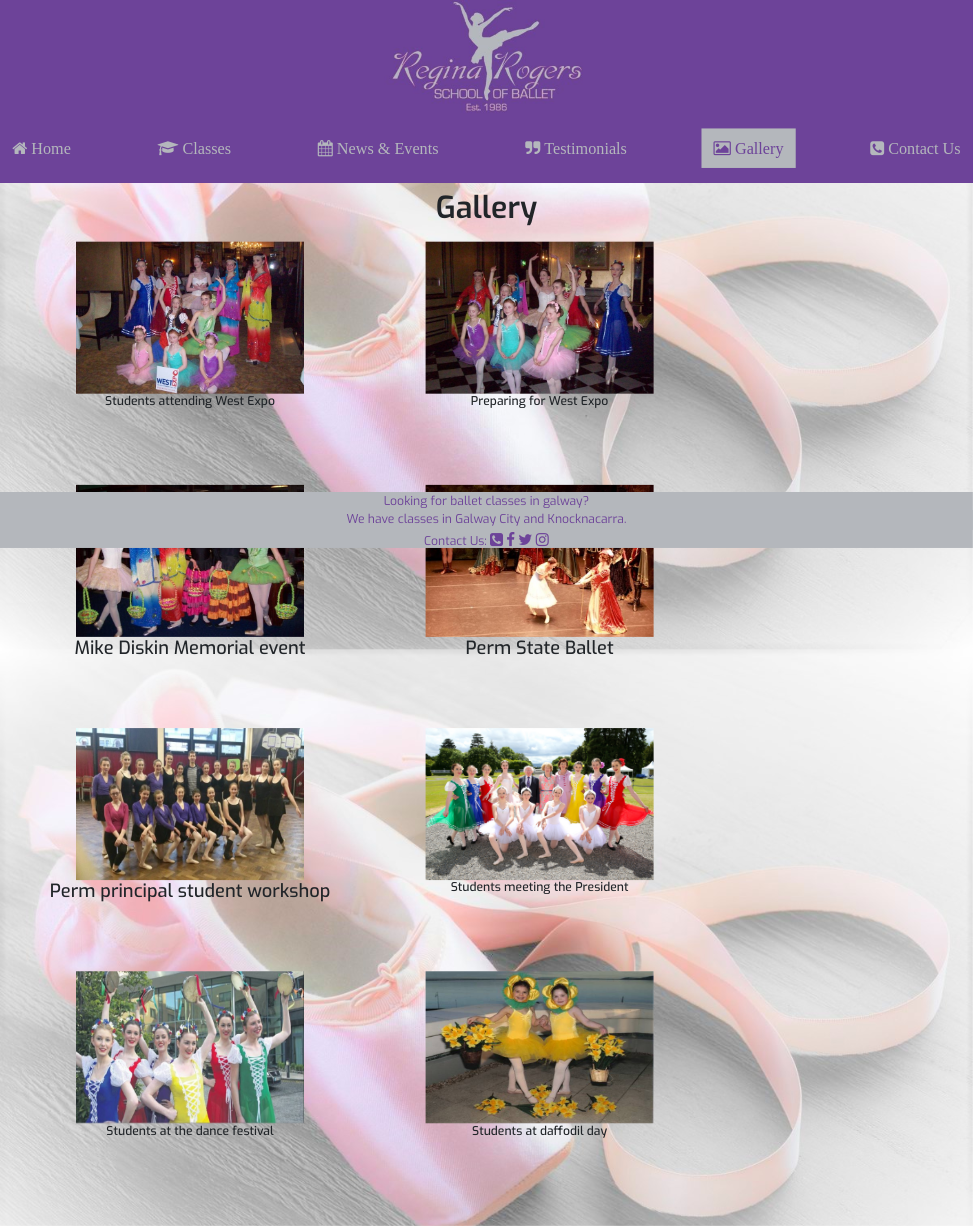
Repository: davidtmiller2010/galwayballet
Page: Gallery.html
The author's editor kept a record of every edit. The page is drawn from the files as they stood at one moment, then again after the next edit.
The browser window is 1280 px wide. The pictures show the whole page, at 76% of full size.

Above is the page before.

### Gallery.html
<!DOCTYPE html>
<html lang="en">

<head>
    <meta charset="UTF-8">
    <meta name="viewport" content="width=device-width, initial-scale=1.0">
    <meta http-equiv="X-UA-Compatible" content="ie=edge">
    <link rel="stylesheet" href="https://stackpath.bootstrapcdn.com/bootstrap/4.3.1/css/bootstrap.min.css" type="text/css" />
    <link rel="stylesheet" href="https://stackpath.bootstrapcdn.com/font-awesome/4.7.0/css/font-awesome.min.css" type="text/css" />
    <link rel="stylesheet" href="assets/CSS/style1.css" type="text/css" />
    <link href="https://fonts.googleapis.com/css?family=Exo|Roboto" rel="stylesheet">
    <link href="https://fonts.googleapis.com/css?family=Dancing+Script" rel="stylesheet">
    <title>Regina Rogers</title>
</head>

<body>
    <header>
        <div class="logo">
            <li><i class="bars fa fa-bars"> MENU </i></li>
        </div>
        <div>
            <ul class="navbar">
                <li><a href="index.html"><i class="fa fa-home fa-lg"> Home</i></a></li>
                <li><a href="Classes.html"><i class="fa fa-graduation-cap fa-lg"> Classes</i></a></li>
                <li><a href="News.html"><i class="fa fa-calendar fa-lg"> News & Events</i></a></li>
                <li><a href="Testimonial.html"><i class="fa fa-quote-right fa-lg"> Testimonials</i></a></li>
                <li><a href="Gallery.html" class="active "><i class="fa fa-image fa-lg"> Gallery</i></a></li>
                <li><a href="Contact.html"><i class="fa fa-phone-square fa-lg"> Contact Us</i></a></li>
            </ul>
        </div>
    </header>
    <section class="container-fluid1">
        <h2 class=heading>Gallery</h2>
        <div class="row galleryheight">
            <div class=" gallery text-center">
                <img src="assets/images/westexpo.jpg" alt="West Expo" width=300 height=200>
                <h6>Students attending West Expo</h6>
            </div>
            <div class=" gallery text-center">
                <img src="assets/images/WestExpo2.jpg" alt="West Expo2" width=300 height=200>
                <h6>Preparing for West Expo</h6>
            </div>
            <div class=" gallery text-center">
                <img src="assets/images/Mikediskin.jpg" alt="Mikediskin" width=300 height=200>
                <h4>Mike Diskin Memorial event</h6>
            </div>
            <div class=" gallery text-center">
                <img src="assets/images/permstudentspic.jpg" alt="perm students pic" width=300 height=200>
                <h4>Perm State Ballet</h6>
            </div>
            <div class="gallery text-center">
                <img src="assets/images/vitaliystudents.jpg" alt="vitaliy students" width=300 height=200>
                <h4>Perm principal student workshop</h6>
            </div>
            <div class="gallery text-center">
                <img src="assets/images/ARAS.jpg" alt="ARAS" width=300 height=200>
                <h6>Students meeting the President</h6>
            </div>
            <div class="gallery text-center">
                <img src="assets/images/dance-festival.jpg" alt="dance-festival" width=300 height=200>
                <h6>Students at the dance festival</h6>
            </div>
            <div class="gallery text-center">
                <img src="assets/images/daffodilevent.jpg" alt="daffodil event" width=300 height=200>
                <h6>Students at daffodil day</h6>
            </div>
        </div>
    </section>
    <footer>
        <div class="footermessage">
            <h7 class="uppercase general">Looking for ballet classes in galway?</h7><br/>
            <p class="inline-block footermessage">
                We have classes in Galway City and Knocknacarra.
                <br> Contact Us:
                <a href="Contact.html" target="_blank">
                     <i class="fa fa-phone-square infobutton" aria-hidden="true"></i>
                    </a>
                <a target="_blank" href="https://www.facebook.com/Regina-Rogers-School-of-Ballet-568812096482190/">
                            <i class="fa fa-facebook infobutton " aria-hidden="true"></i>
                            <span class="sr-only">Facebook</span>
                        </a>
                <a target="_blank" href="https://twitter.com/Twitter">
                            <i class="fa fa-twitter infobutton " aria-hidden="true"></i>
                            <span class="sr-only">Twitter</span>
                        </a>
                <a target="_blank" href="https://www.instagram.com/instagram/">
                            <i class="fa fa-instagram infobutton " aria-hidden="true"></i>
                            <span class="sr-only">Instagram</span>
                        </a>
            </p>
        </div>
    </footer>
    <script src="app.js"></script>
    <script src="https://code.jquery.com/jquery-3.3.1.slim.min.js" integrity="sha384-q8i/X+965DzO0rT7abK41JStQIAqVgRVzpbzo5smXKp4YfRvH+8abtTE1Pi6jizo" crossorigin="anonymous"></script>
    <script src="https://cdnjs.cloudflare.com/ajax/libs/popper.js/1.14.7/umd/popper.min.js" integrity="sha384-UO2eT0CpHqdSJQ6hJty5KVphtPhzWj9WO1clHTMGa3JDZwrnQq4sF86dIHNDz0W1" crossorigin="anonymous"></script>
    <script src="https://stackpath.bootstrapcdn.com/bootstrap/4.3.1/js/bootstrap.min.js" integrity="sha384-JjSmVgyd0p3pXB1rRibZUAYoIIy6OrQ6VrjIEaFf/nJGzIxFDsf4x0xIM+B07jRM" crossorigin="anonymous"></script>

</body>

### assets/CSS/style1.css
@import url('https://fonts.googleapis.com/css?family=Exo:100,200,300,400,500,600,700|Roboto:100,200,300,400,500,600,700');

/*----------colors---------*/

.bg-color-details {
    background: none;
    color: #6D4399;
}

.formbg {
    background: none;
}


.bg-color-contact {
    color: #6D4399;
    background: none;
}

.bars {
    background-color: #6D4399;
    color: #B4B7BC;
    margin-left: 10px;
    margin-top: 10px;
    padding: 0;
    top: 0;
    display: block;
    cursor: pointer;
    z-index: 1;
    position: fixed
}

/*----------Header---------*/

header {
    margin-bottom: 0;
}

/*.navbar {
    overflow: hidden;
    background-color: #6D4399;
    position: fixed;
    top: 0;
    width: 100%;
    height: 90px;
    padding: 0;
    float: right;
}*/

.icons {
    display: none;
}

ul {
    list-style-type: none;
    margin-bottom: 0;
    margin-top: 0;
    padding: 0;
    background-color: #6D4399;

}

li {
    float: left;
    list-style: none;
}

li a {
    display: block;
    color: #B4B7BC;
    text-align: center;
    padding: 14px 16px;
    text-decoration: none;
}

li a:hover:not(.active) {
    background-color: #B4B7BC;
}

li a:hover {
    color: white;
    background-color: #6D4399;
}

.active {
    background-color: #B4B7BC;
    color: #6D4399;
}


/*----------body---------*/

body {
    top: 20px;
    background-image: url("../images/balletshoes.jpg");
    background-size: 100%;
    font-family: "Exo", sans-serif;
}

.logo {
    background: #6D4399;
    background-image: url("../images/reginalogo3.jpg");
    background-position: center;
    background-repeat: no-repeat;
    background-size: contain;
    top: 0;
    width: 100%;
    position: fixed;
    height: 150px;
    padding: 0;
    margin: 0;
    z-index: 0;
}


.row {
    margin-left: 5px;
    margin-right: 5px;

}

.layout {
    z-index: -1;
}

.paragraph {
    margin: 10px 0;
    text-align: justify;
    text-justify: inter-word;
    font-family: "Exo", Times, serif;
    font-size: 10px;
    font-weight: 500;
    z-index: -1;
}

.galleryheight {
    margin: 10px 60px 10px 20px;
}

/*----------Footer---------*/

footer {
    background: #6D4399;
    color: #6D4399;
    padding-bottom: 10px;
    margin: 0;
    text-align: center;
    height: 50px;
    position:fixed;
    width:100%;
    bottom:23px;
}

.footermessage {
    background-color: #B4B7BC;
    margin: 0;
    height: 50px;
    padding: 0px;
}

.infobutton {
    background-color: #B4B7BC;
    font-size: 20px;
    color: #6D4399;
    margin: 0;
    margin-top: 5px;
    padding: 0;
    transition: all 0.5s ease-in-out;
    -moz-transition: all 0.5s ease-in-out;
    -webkit-transition: all 0.5s ease-in-out;
    -o-transition: all 0.5s ease-in-out;
}

.infobutton:hover {
    color: white;
}

/*----------Tables---------*/

table th {
    background: #6D4399;
    color: white;
    border: solid;
    border-color: #6D4399;
    text-align: center;
}

table td {
    border: solid;
    color: black;
    border-color: #6D4399;
}

#formstyle {
    width: 50%;
    display: inline-block;
    text-align: center;
    margin-left: 25%;
    margin-right: 25%;
}

.form-row {
    margin-top: 5px;
}

/*----------General---------*/

.headers {
    font-weight: 800;
    font-family: "Exo", sans-serif;
    text-align: center;
    text-decoration: underline;
}

.heading {
    font-weight: 600;
    font-family: "Exo", sans-serif;
    text-align: center;
    margin-top: 10px;
    font-size: 40px;

}

.headerstyle {
    font-weight: 700;
    font-family: "Exo", sans-serif;
    text-align: center;
    margin-bottom: 15px;
}

.testhead {
    font-weight: 600;
    font-family: "Exo", sans-serif;
    text-align: center;
    margin-top: 20px;
    font-size: 30px;
    text-decoration: underline;
}

.container-fluid {
    padding: 0;
    margin: 250px 5px 100px 5px;
    width: 100%;
}

.container-fluid1 {
    padding: 0;
    margin-top: 250px;
    margin-bottom: 25px;
    height: 100%;
    width: 100%;
}

.contact-heading {
    margin: 25px 0;
}

.gallery {
    width: 100%;
    text-align: center;
}

.news {
    z-index: -1;
    font-weight: 600;
    text-align: center;
    margin: 10px 0 20px 0px;
}

.newsheader {
    margin-top: 10px;
    text-align: center;
    text-decoration: underline;
    font-weight: bold;
    color: #696969;
}

.bordernews {
    border-style: solid;
    border-width: 1px;
    font-weight: 600;
}

/*----------Testimonials---------*/

.testimonials {
    padding: 0;
    margin: 5px;
    width: 100%;
    text-align: justify;
    z-index: -1;
    font-weight: 600;
    font-family: "Exo", sans-serif;
}

.image {
    width: 200px;
    height: 200px;
    margin: 5px 80px;
}

/*----------Media Queries---------*/

@media screen and (max-width: 767px)
/* Mobile */

    {

    ul {
        font-size: 8px;
    }

    nav ul a {
        margin-right: 60%;
        display: inline-block;
    }

    .fontsize {
        font-size: 10px;
        margin-bottom: 25px;
        text-align: justify;
        margin-right: 10px;
    }

    .footermessage {
        font-size:15px;
    }

    .center {
        width: 50%;
        display: block;
        margin-left: auto;
        margin-right: auto;
        height: 50%;
    }

    .table {
        border: solid;
        width: 90%;
        height: 100%;
        color: black;
        border-color: #6D4399;
        margin-left: 10%;
        margin-right: 10%;
        background-color: #B4B7BC;
        overflow: auto;
        font-size: 10px;
    }

    .responsive {
        overflow: auto;
        height: 100%;
        width: 340px;
        margin: 0;

    }

    .picdimensions {
        width: 200px;
        height: 150px;
    }

    .parastyle {
        font-size: 15px;
    }

    .navbar {
        display: flex;
        flex-direction: column;
        align-items: center;
        background-color: #6D4399;
        position: fixed;
        top: 25px;
        width: 35%;
        height: 300px;
        padding: 0;
        float: right;
        transform: translateX(-100%);
        transition: transform 1s ease-in-out;
    }

    .navbar-active {
        transform: translateX(0);
    }

    #formstyle {
        width: 80%;
        display: inline-block;
        text-align: center;
        margin-left: 10%;
        margin-right: 10%;
    }

    .textsize {
        font-size: 15px;
    }


}

@media screen and (min-width: 768px) and (max-width: 991px)
/* Tablet */

    {

    ul {
        font-size: 10px;
    }

    .bars {
        display: none;
    }

    nav ul a {
        margin-right: 25%;
        display: inline-block;
    }

    .gallery {

        width: 49%;
        text-align: center;
    }

    .testimonials {
        padding: 0;
        margin: 1px;
        /*width: 100%;*/
        text-align: justify;
        z-index: -1;
        font-weight: 600;
        font-family: "Exo", sans-serif;
    }

    .image {
        width: 400px;
        height: 250px;
        margin: 10px;
        align-items: center;
    }

    .center {
        width: 60%;
        display: block;
        margin: 5px 20% 5px 20%;
        height: 50%;
        text-align: center;
    }

    .fontsize {
        font-size: 20px;
        margin-bottom: 20px;
        margin-right: 10px;
        text-align: justify;
    }

    .newsheader {
        margin-top: 10px;
        text-align: center;
        text-decoration: underline;
        font-weight: bold;
        color: #191970;
        font-size: 30px;
    }

    .table {
        border: solid;
        width: 100%;
        height: 100%;
        color: black;
        border-color: #6D4399;
        margin-left: 10%;
        margin-right: 10%;
        background-color: #B4B7BC;
        overflow: auto;
    }

    .responsive {
        overflow: auto;
        height: 100%;
        width: 660px;
        margin-left: 10px;
        margin-right: 10px;

    }

    .picdimensions {
        width: 300px;
        height: 200px;
    }

    .paragraph {
        margin: 10px 0;
        text-align: justify;
        text-justify: inter-word;
        font-family: "Exo", Times, serif;
        font-size: 20px;
        font-weight: 500;
        z-index: -1;
    }

    .navbar {
        overflow: hidden;
        background-color: #6D4399;
        position: fixed;
        top: 150px;
        width: 100%;
        height: 90px;
        padding: 0;
        float: right;
    }
    header {
        margin-bottom: 90px;
    }

    .testhead {
        text-align: left;
    }
}

@media screen and (min-width: 992px)
/* Desktop */

    {
    .bars {
        display: none;
    }


    .gallery {
       margin:10px 30px 10px 30px;
        text-align: center;
        width:400px;
        height:300px;
    }

    .testimonials {
        padding: 0;
        margin: 1px;
        width: 100%;
        text-align: justify;
        z-index: -1;
        font-weight: 600;
        font-family: "Exo", sans-serif;
    }

    .image {
        width: 500px;
        height: 500px;
        margin: 10px;

    }

    .center {
        width: 600px;
        display: block;
        margin: 10px 30px 10px 60px;
        height: 300px;
        text-align: center;

    }

    .fontsize {
        font-size: 25px;
        margin-bottom: 10px;
        text-align: justify;
        margin-right: 10px;
    }

    .newsheader {
        margin-top: 10px;
        text-align: left;
        text-decoration: underline;
        font-weight: bold;
        color: #6D4399;
        font-size: 40px;
    }

    .table {
        border: solid;
        width: 100%;
        height: 100%;
        color: black;
        border-color: #6D4399;
        background-color: #B4B7BC;
        overflow: auto;
    }

    .responsive {
        overflow: auto;
        height: 100%;
        width: 90%;
        margin-left: 5%;
        margin-right: 5%;

    }

    .picdimensions {
        width: 450px;
        height: 300px;
    }

    .paragraph {
        margin: 10px 0;
        text-align: justify;
        text-justify: inter-word;
        font-family: "Exo", Times, serif;
        font-size: 23px;
        font-weight: 500;
        z-index: -1;
    }

    .navbar {
        overflow: hidden;
        background-color: #6D4399;
        position: fixed;
        top: 150px;
        width: 100%;
        height: 90px;
        padding: 0;
        float: right;
    }

    header {
        margin-bottom: 90px;
    }

    .testhead {
        text-align: left;
    }

}

### app.js
// JavaScript File
const navbarSlide = () => {
    const bars = document.querySelector('.bars');
    const navbar = document.querySelector('.navbar');

    bars.addEventListener('click', () => {
        navbar.classList.toggle('navbar-active');
    })
}

navbarSlide();

After the next edit:
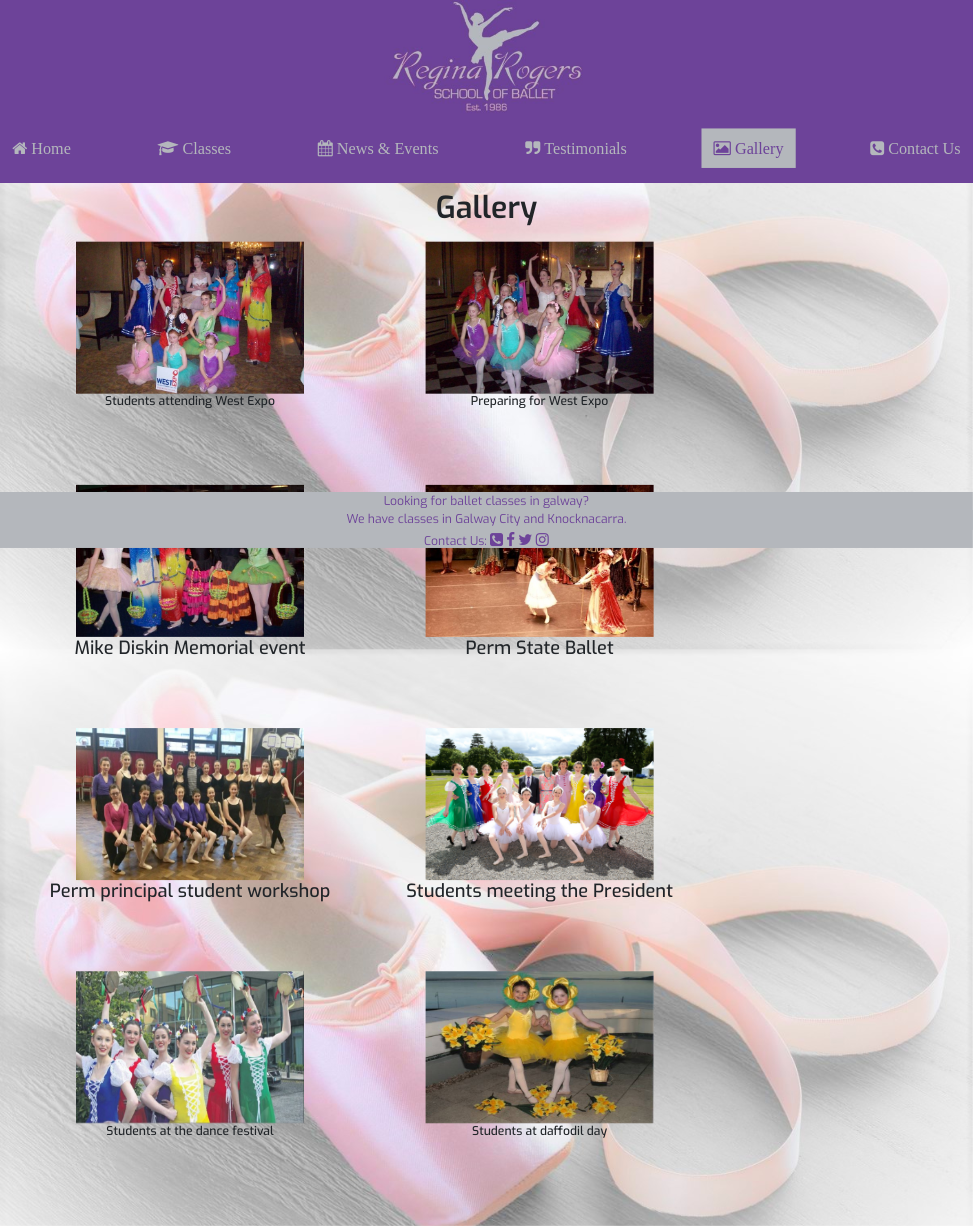
The edit:
--- a/Gallery.html
+++ b/Gallery.html
@@ -54,7 +54,7 @@
             </div>
             <div class="gallery text-center">
                 <img src="assets/images/ARAS.jpg" alt="ARAS" width=300 height=200>
-                <h6>Students meeting the President</h6>
+                <h4>Students meeting the President</h6>
             </div>
             <div class="gallery text-center">
                 <img src="assets/images/dance-festival.jpg" alt="dance-festival" width=300 height=200>
